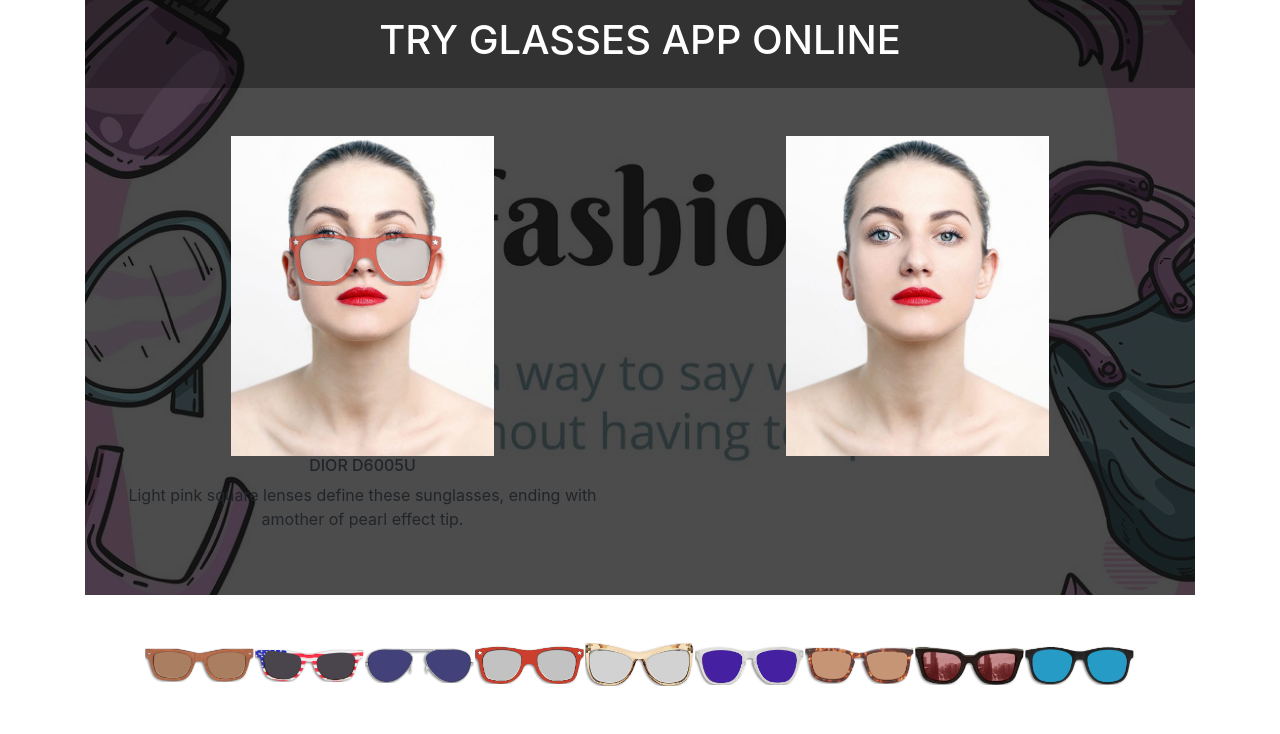
Repository: ducdatit2002/reactjs-try-glasses
Page: /
These files come from the project's save history. The page is drawn as it stood at one moment and after a run of saves; the edit follows.
The browser window is 1280 px wide. The pictures show the whole page.
The project was rebuilt for these pictures with package versions that can differ from the ones it lists, and the page was loaded fresh each time. Also part of the build but not shown: src/App.css.

Above is the page before, as saved 2023-10-24 19:10:08.

### public/index.html
<!doctype html>
<html lang="en">
  <head>
    <title>Title</title>
    <!-- Required meta tags -->
    <meta charset="utf-8">
    <meta name="viewport" content="width=device-width, initial-scale=1, shrink-to-fit=no">

    <!-- Bootstrap CSS -->
    <link rel="stylesheet" href="https://stackpath.bootstrapcdn.com/bootstrap/4.3.1/css/bootstrap.min.css" integrity="sha384-ggOyR0iXCbMQv3Xipma34MD+dH/1fQ784/j6cY/iJTQUOhcWr7x9JvoRxT2MZw1T" crossorigin="anonymous">
  </head>
  <body>
      <div class="" id="root"></div>
    <!-- Optional JavaScript -->
    <!-- jQuery first, then Popper.js, then Bootstrap JS -->
    <script src="https://code.jquery.com/jquery-3.3.1.slim.min.js" integrity="sha384-q8i/X+965DzO0rT7abK41JStQIAqVgRVzpbzo5smXKp4YfRvH+8abtTE1Pi6jizo" crossorigin="anonymous"></script>
    <script src="https://cdnjs.cloudflare.com/ajax/libs/popper.js/1.14.7/umd/popper.min.js" integrity="sha384-UO2eT0CpHqdSJQ6hJty5KVphtPhzWj9WO1clHTMGa3JDZwrnQq4sF86dIHNDz0W1" crossorigin="anonymous"></script>
    <script src="https://stackpath.bootstrapcdn.com/bootstrap/4.3.1/js/bootstrap.min.js" integrity="sha384-JjSmVgyd0p3pXB1rRibZUAYoIIy6OrQ6VrjIEaFf/nJGzIxFDsf4x0xIM+B07jRM" crossorigin="anonymous"></script>
  </body>
</html>

### src/App.js
import logo from './logo.svg';
import './App.css';
import GlassState from './GlassState/GlassState';
function App() {
  return (
    <div className="container">
      <GlassState/>
    </div>
  );
}

export default App;

### src/GlassState/GlassState.js
import React, { Component } from "react";
import "./GlassState.css";
export default class GlassState extends Component {
  constructor(props) {
    super(props);
    this.state = {
      selectedGlass: null,
    };
  }

  // Hàm xử lý khi người dùng chọn kính
  selectGlass = (glass) => {
    this.setState({
      selectedGlass: glass,
    });
  };
  render() {
    return (
      <div>
        <div
          className="backGround"
          style={{
            backgroundImage: 'url("./glassesImage/background.jpg")',
            backgroundPosition: "center center",
            backgroundRepeat: "no-repeat",
            backgroundSize: "cover",
            height: 700,
          }}
        >
          <div className="overlay">
            <div
              style={{
                backgroundColor: "rgba(0, 0, 0, 0.34)",
                padding: "1rem",
              }}
            >
              <h1 className="display-5 text-white text-center">
                TRY GLASSES APP ONLINE
              </h1>
            </div>
            <div className="container" style={{ height: 560 }}>
              <div className="row mt-5">
                <div className="col-6 text-center">
                  <div className="img">
                    <img
                      className="w-50"
                      src="./glassesImage/model.jpg"
                      alt="model"
                    />
                    <div className="tryGlasses">
                      <img
                        src="./glassesImage/v4.png"
                        alt
                        style={{ width: 154, opacity: "0.7" }}
                      />
                    </div>
                    <div className="content">
                      <h6 className="glass-title">DIOR D6005U</h6>
                      <p className="glass-content">
                        Light pink square lenses define these sunglasses, ending
                        with amother of pearl effect tip.{" "}
                      </p>
                    </div>
                  </div>
                </div>
                <div className="col-6 text-center">
                  <img
                    className="w-50"
                    src="./glassesImage/model.jpg"
                    alt="model"
                  />
                </div>
              </div>
              <div className="row">
                <div className="col-12 p-5 mt-5 bg-white text-center glasses">
                  <span>
                    <img src="./glassesImage/v1.png" style={{ width: 110 }} />
                  </span>
                  <span>
                    <img src="./glassesImage/v2.png" style={{ width: 110 }} />
                  </span>
                  <span>
                    <img src="./glassesImage/v3.png" style={{ width: 110 }} />
                  </span>
                  <span>
                    <img src="./glassesImage/v4.png" style={{ width: 110 }} />
                  </span>
                  <span>
                    <img src="./glassesImage/v5.png" style={{ width: 110 }} />
                  </span>
                  <span>
                    <img src="./glassesImage/v6.png" style={{ width: 110 }} />
                  </span>
                  <span>
                    <img src="./glassesImage/v7.png" style={{ width: 110 }} />
                  </span>
                  <span>
                    <img src="./glassesImage/v8.png" style={{ width: 110 }} />
                  </span>
                  <span>
                    <img src="./glassesImage/v9.png" style={{ width: 110 }} />
                  </span>
                </div>
              </div>
            </div>
          </div>
        </div>
      </div>
    );
  }
}

### src/GlassState/GlassState.css
.backGround {
    position: relative;
}
.overlay {
    content: "";
    position: absolute;
    top: 0;
    right: 0;
    bottom: 0;
    left: 0;
    background-color: rgba(0,0,0,.7);
    width: 100%;
    height: 700px;
}
.img {
    position: relative;
}
.tryGlasses {
    position: absolute;
    left: 36%;
    top: 24%;
}

Loaded but not shown: src/index.js (common file); src/index.css (common file); src/reportWebVitals.js (common file)

After the next 2 saves:
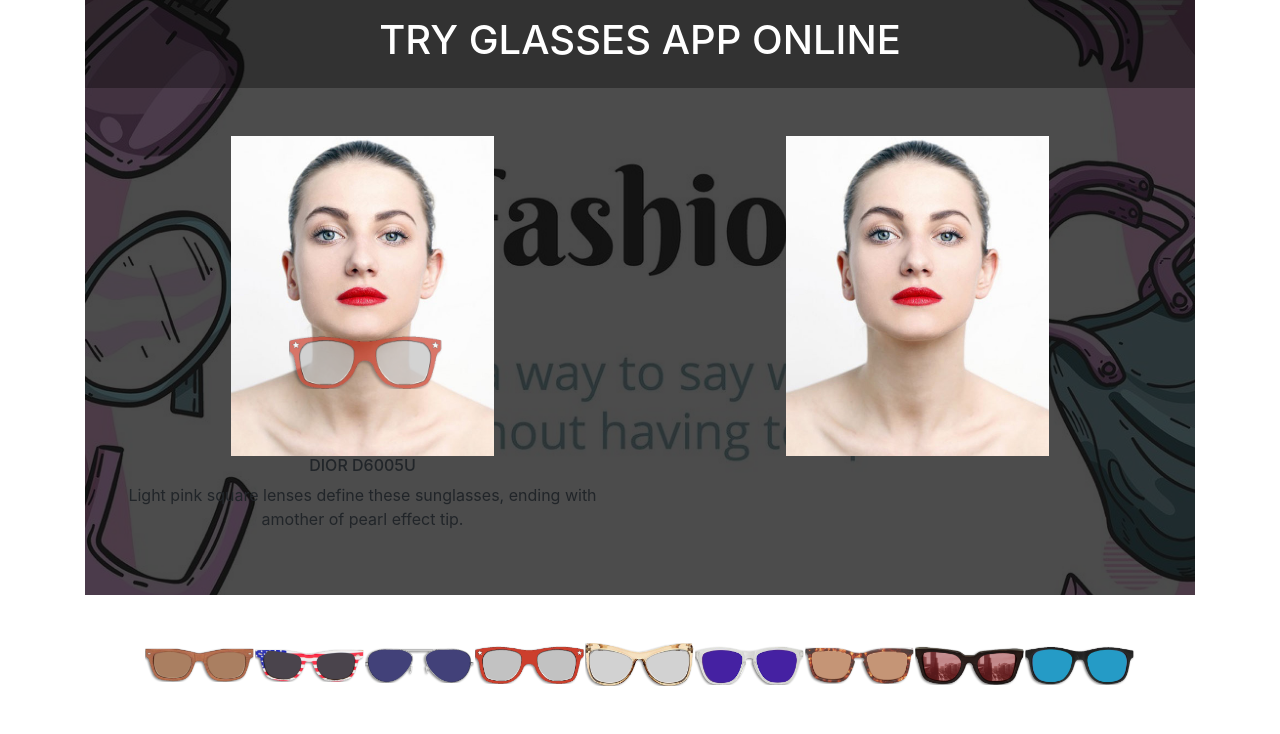
The 2 saves are shown as one change because they came seconds apart.
The last was saved 36 s later.
--- a/src/GlassState/GlassState.css
+++ b/src/GlassState/GlassState.css
@@ -18,5 +18,5 @@
 .tryGlasses {
     position: absolute;
     left: 36%;
-    top: 24%;
+    top: 50%;
 }
